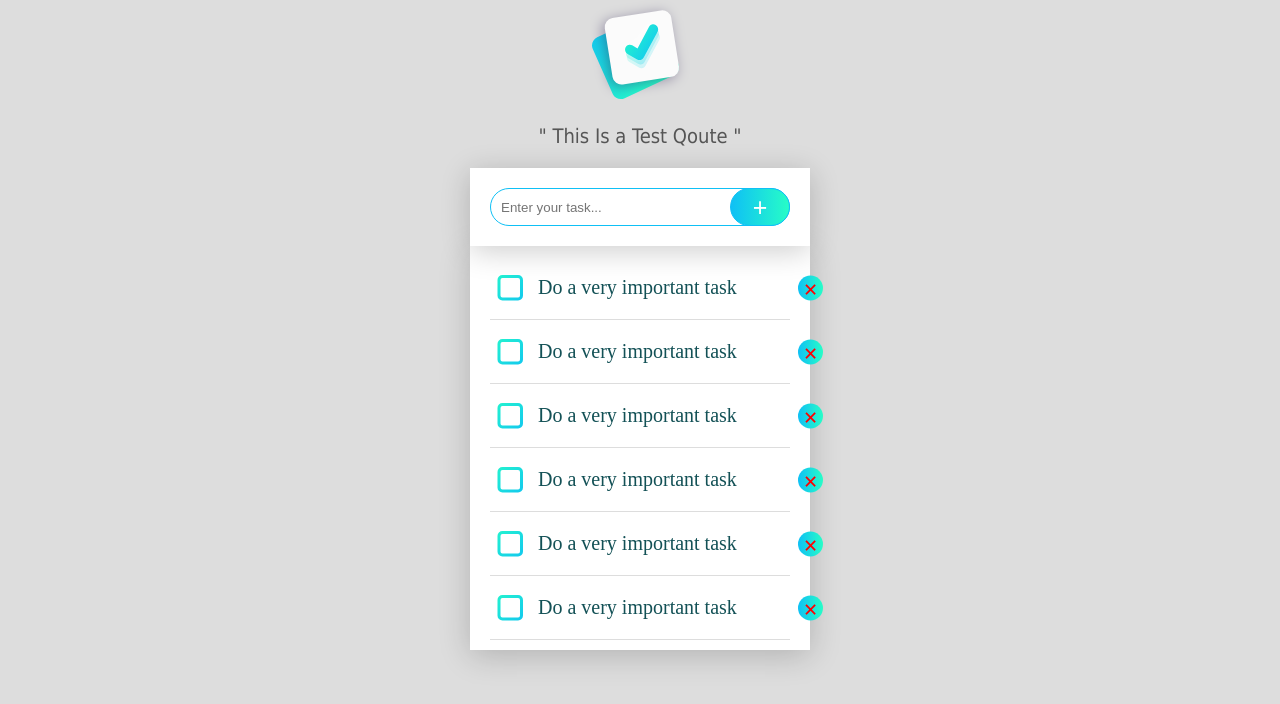
Repository: ahmedhamed15/React-Todo
Page: /
These files come from the project's save history. The page is drawn as it stood at one moment and after the next save; the edit follows.
The browser window is 1280 px wide. The pictures show the whole page.
The project was rebuilt for these pictures with package versions that can differ from the ones it lists, and the page was loaded fresh each time.

Above is the page before, as saved 2021-07-26 23:49:17.

### src/index.js
import React from 'react';
import ReactDOM from 'react-dom';
import './index.scss';
import App from './App';

ReactDOM.render(<App />,document.getElementById('root'));

### src/index.scss
html {
  background: #ddd;
  height: 100%;
  display: flex;
}
body {
  width: 100%;
  margin: auto;
  margin: 0;
  padding: 0;
}

### src/App.js
import MainLogo from "./components/MainLogo";
import Qoute from "./components/Qoute";
import TodoList from "./components/Todos/TodoList";

function App() {
  return (
    <section className="App">
      <MainLogo />
      <Qoute />
      <TodoList />
    </section>
  );
}

export default App;

### src/components/MainLogo/index.js
import "./style.scss"

const index = () => {
    return (
        <section className="main-logo">
            <svg width="100px" height="100px" viewBox="0 0 100 100" version="1.1" xmlns="http://www.w3.org/2000/svg" xmlnsXlink="http://www.w3.org/1999/xlink">
                <desc>Created with Sketch.</desc>
                <defs>
                <linearGradient x1="34.9523037%" y1="0%" x2="116.039609%" y2="115.484477%" id="linearGradient-1">
                    <stop stopColor="#27FDC7" offset="0%"></stop>
                    <stop stopColor="#0FC0F5" offset="100%"></stop>
                </linearGradient>
                <rect id="path-2" x="19.8783454" y="5.46149939" width="67.2578578" height="67.2008596" rx="8.99999976"></rect>
                <filter x="-35.7%" y="-28.3%" width="162.4%" height="162.5%" filterUnits="objectBoundingBox" id="filter-3">
                    <feOffset dx="-3" dy="2" in="SourceAlpha" result="shadowOffsetOuter1"></feOffset>
                    <feGaussianBlur stdDeviation="6.5" in="shadowOffsetOuter1" result="shadowBlurOuter1"></feGaussianBlur>
                    <feColorMatrix values="0 0 0 0 0.0296505968   0 0 0 0 0.0172602666   0 0 0 0 0.100446429  0 0 0 0.423177083 0" type="matrix" in="shadowBlurOuter1"></feColorMatrix>
                </filter>
                <linearGradient x1="0%" y1="0%" x2="115.291753%" y2="112.548614%" id="linearGradient-4">
                    <stop stopColor="#27FDC7" offset="0%"></stop>
                    <stop stopColor="#0FC0F5" offset="83.2001616%"></stop>
                    <stop stopColor="#27FDC7" offset="100%"></stop>
                </linearGradient>
                <path d="M40.2086259,6.21042694 C39.2480415,5.24152695 38.1027468,4.75708888 36.7727039,4.75708888 C35.4426658,4.75708888 34.3096854,5.24152695 33.3737297,6.21042694 L16.3049725,23.7622477 L12.0193093,19.3649757 C11.0833536,18.3960804 9.9503732,17.9116376 8.62033507,17.9116376 C7.29029269,17.9116376 6.14499751,18.3960804 5.1844131,19.3649757 C4.24845898,20.3338709 3.78048896,21.5077058 3.78048896,22.8865186 C3.78048896,24.2653314 4.24845898,25.4391663 5.1844131,26.4080615 L12.8690505,34.3082476 C13.8296349,35.2771428 14.9749296,35.7615833 16.3049725,35.7615833 C17.6350106,35.7615833 18.767991,35.2771428 19.7039467,34.3082476 L40.2086259,13.2535128 C41.1445816,12.2597758 41.61255,11.0797257 41.61255,9.71333379 C41.61255,8.34694665 41.1445816,7.17932216 40.2086259,6.21042694 Z" id="path-5"></path>
                <filter x="-51.5%" y="-62.9%" width="203.1%" height="225.8%" filterUnits="objectBoundingBox" id="filter-6">
                    <feOffset dx="0" dy="0" in="SourceAlpha" result="shadowOffsetOuter1"></feOffset>
                    <feGaussianBlur stdDeviation="6.5" in="shadowOffsetOuter1" result="shadowBlurOuter1"></feGaussianBlur>
                    <feColorMatrix values="0 0 0 0 1   0 0 0 0 1   0 0 0 0 1  0 0 0 0.588937953 0" type="matrix" in="shadowBlurOuter1"></feColorMatrix>
                </filter>
                </defs>
                <g id="Page-1" stroke="none" strokeWidth="1" fill="none" fillRule="evenodd">
                <g id="Artboard-2" transform="translate(-214.000000, -272.000000)">
                    <g id="Group-4" transform="translate(201.000000, 269.000000)">
                        <g id="Group-3" transform="translate(58.787474, 58.534712) rotate(-6.000000) translate(-58.787474, -58.534712) translate(5.642436, 5.434712)">
                            <g id="Group-2" transform="translate(52.899385, 53.035097) rotate(7.000000) translate(-52.899385, -53.035097) translate(5.609309, 5.785097)">
                            <path d="M20.0219734,15.1240886 L74.1829282,14.1930575 C79.1527566,14.1076258 83.2508546,18.0672116 83.3362864,23.03704 C83.3371726,23.0885978 83.3376158,23.1401624 83.3376158,23.1917278 L83.3376158,72.0429044 C83.3376158,76.9531616 79.4018358,80.9571794 74.4923039,81.0415747 L20.3313491,81.9726057 C15.3615207,82.0580374 11.2634227,78.0984516 11.1779909,73.1286232 C11.1771047,73.0770654 11.1766615,73.0255009 11.1766615,72.9739354 L11.1766615,24.1227589 C11.1766615,19.2125016 15.1124415,15.2084838 20.0219734,15.1240886 Z" id="Rectangle" fill="url(#linearGradient-1)" transform="translate(47.257139, 48.082832) scale(-1, -1) rotate(-25.000000) translate(-47.257139, -48.082832) "></path>
                            <g id="Rectangle" transform="translate(53.507274, 39.061929) rotate(-10.000000) translate(-53.507274, -39.061929) ">
                                <use fill="black" fillOpacity="1" filter="url(#filter-3)" xlinkHref="#path-2"></use>
                                <use fill="#FBFBFB" fillRule="evenodd" xlinkHref="#path-2"></use>
                            </g>
                            </g>
                        </g>
                        <g id="Group-5" transform="translate(43.000000, 26.000000)">
                            <path d="M41.1093892,10.5623533 C40.1488048,9.59345333 39.0035101,9.10901526 37.6734673,9.10901526 C36.3434291,9.10901526 35.2104488,9.59345333 34.274493,10.5623533 L17.2057358,28.1141741 L12.9200727,23.716902 C11.9841169,22.7480068 10.8511366,22.263564 9.52109843,22.263564 C8.19105605,22.263564 7.04576086,22.7480068 6.08517646,23.716902 C5.14922234,24.6857973 4.68125232,25.8596322 4.68125232,27.238445 C4.68125232,28.6172578 5.14922234,29.7910927 6.08517646,30.7599879 L13.7698139,38.660174 C14.7303983,39.6290692 15.875693,40.1135096 17.2057358,40.1135096 C18.535774,40.1135096 19.6687543,39.6290692 20.6047101,38.660174 L41.1093892,17.6054392 C42.045345,16.6117022 42.5133134,15.4316521 42.5133134,14.0652602 C42.5133134,12.698873 42.045345,11.5312485 41.1093892,10.5623533 Z" id="Page-1" fill="url(#linearGradient-4)" opacity="0.3" transform="translate(23.597283, 24.611262) rotate(-16.000000) translate(-23.597283, -24.611262) "></path>
                            <path d="M42.0101526,14.2623533 C41.0495682,13.2934533 39.9042735,12.8090153 38.5742306,12.8090153 C37.2441925,12.8090153 36.1112121,13.2934533 35.1752564,14.2623533 L18.1064992,31.8141741 L13.820836,27.416902 C12.8848803,26.4480068 11.7518999,25.963564 10.4218618,25.963564 C9.09181941,25.963564 7.94652422,26.4480068 6.98593982,27.416902 C6.78271177,27.6272827 6.60154798,27.8473258 6.4424483,28.0770317 C5.8688243,28.9052219 5.58201568,29.8590202 5.58201568,30.938445 C5.58201568,32.3172578 6.04998569,33.4910927 6.98593982,34.4599879 L14.6705772,42.360174 C15.6311616,43.3290692 16.7764563,43.8135096 18.1064992,43.8135096 C19.4365373,43.8135096 20.5695177,43.3290692 21.5054734,42.360174 L42.0101526,21.3054392 C42.9461083,20.3117022 43.4140767,19.1316521 43.4140767,17.7652602 C43.4140767,16.398873 42.9461083,15.2312485 42.0101526,14.2623533 Z" id="Page-1" fill="url(#linearGradient-4)" opacity="0.2" transform="translate(24.498046, 28.311262) rotate(-16.000000) translate(-24.498046, -28.311262) "></path>
                            <g id="Page-1" transform="translate(22.696519, 20.259336) rotate(-16.000000) translate(-22.696519, -20.259336) ">
                            <use fill="black" fillOpacity="1" filter="url(#filter-6)" xlinkHref="#path-5"></use>
                            <use fill="url(#linearGradient-4)" fillRule="evenodd" xlinkHref="#path-5"></use>
                            </g>
                        </g>
                    </g>
                </g>
                </g>
            </svg>
        </section>
    )
}

export default index

### src/components/Qoute/index.js
import "./style.scss"

const index = () => {
    return (
        <section className="qoute">
            <blockquote> This Is a Test Qoute </blockquote>
        </section>
    )
}

export default index

### src/components/Todos/TodoList/index.js
import TodoItem from "../TodoItem";
import TodoFrom from "../TodoForm";
import "./style.scss"

const index = () => {
    return (
        <section className="todos-list">

            {/* General SVG code for checkbox */}
            <svg viewBox="0 0 0 0" style={ {position: 'absolute', zIndex: '-1', opacity: '0'} }>
                <defs>
                <linearGradient id="boxGradient" gradientUnits="userSpaceOnUse" x1="0" y1="0" x2="25" y2="25">
                    <stop offset="0%"   stopColor="#27FDC7"/>
                    <stop offset="100%" stopColor="#0FC0F5"/>
                </linearGradient>

                <linearGradient id="lineGradient">
                    <stop offset="0%"    stopColor="#0FC0F5"/>
                    <stop offset="100%"  stopColor="#27FDC7"/>
                </linearGradient>

                <path id="todo__line" stroke="url(#lineGradient)" d="M21 12.3h168v0.1z"></path>
                <path id="todo__box" stroke="url(#boxGradient)" d="M21 12.7v5c0 1.3-1 2.3-2.3 2.3H8.3C7 20 6 19 6 17.7V7.3C6 6 7 5 8.3 5h10.4C20 5 21 6 21 7.3v5.4"></path>
                <path id="todo__check" stroke="url(#boxGradient)" d="M10 13l2 2 5-5"></path>
                <circle id="todo__circle" cx="13.5" cy="12.5" r="10"></circle>
                </defs>
            </svg>


            {/* Todo From */}
            <TodoFrom />

            {/* Todos List */}
            <div className="todo-list">
                <TodoItem />
                <TodoItem />
                <TodoItem />
                <TodoItem />
                <TodoItem />
                <TodoItem />
            </div>

        </section>
    )
}

export default index

### src/components/MainLogo/style.scss
.main-logo {
    text-align: center;
}

### src/components/Qoute/style.scss
.qoute {
    text-align: center;
    blockquote {
        font: {
            size: 20px;
            family: 'tahoma', arial;
            weight: 500;
        }
        color: #555;
        &::after,
        &::before {
            content: ' " ';
        }
    }
}

### src/components/Todos/TodoItem/index.js
import "./style.scss"

const index = () => {
    return (
        <section className="todo-item">
            <label className="todo">
                <input className="todo__state" type="checkbox" />

                <svg xmlns="http://www.w3.org/2000/svg" xmlnsXlink="http://www.w3.org/1999/xlink" viewBox="0 0 200 25" className="todo__icon">
                    <use xlinkHref="#todo__line" className="todo__line"></use>
                    <use xlinkHref="#todo__box" className="todo__box"></use>
                    <use xlinkHref="#todo__check" className="todo__check"></use>
                    <use xlinkHref="#todo__circle" className="todo__circle"></use>
                </svg>

                <div className="todo__text">Do a very important task</div>


            </label>
            <span className="todo__delete-btn"> &times; </span>
        </section>
    )
}

export default index

### src/components/Todos/TodoForm/index.js
import "./style.scss";

const index = () => {
    return (
        <form className="todo-form">
            <input type="text" className="todo-form__input-type" placeholder="Enter your task..." />
            <button type="submit" className="todo-form__button-type"> + </button>
        </form>
    )
}

export default index

### src/components/Todos/TodoList/style.scss
.todo-list {
    background: #FFF;
    font-size: 20px;
    max-width: 15em;
    margin: auto;
    padding: 0.5em 1em;
    box-shadow: 0 5px 30px rgba(0, 0, 0, 0.2);
}

### src/components/Todos/TodoItem/style.scss
  .todo {
    display: block;
    position: relative;
    padding: 1em 1em 1em 16%;
    margin: 0 auto;
    cursor: pointer;
    &:not(:last-child) {
      border-bottom: solid 1px #ddd;
    }
  }
  .todo:last-child {
    border-bottom: none;
  }
  .todo__state {
    position: absolute;
    top: 0;
    left: 0;
    opacity: 0;
  }
  .todo__text {
    color: #135156;
    transition: all 0.4s linear 0.4s;
    padding-right: 20px;
  }
  .todo__icon {
    position: absolute;
    top: 0;
    bottom: 0;
    left: 0;
    width: 100%;
    height: auto;
    margin: auto;
    fill: none;
    stroke: #27FDC7;
    stroke-width: 2;
    stroke-linejoin: round;
    stroke-linecap: round;
  }
  .todo__line,
  .todo__box,
  .todo__check {
    transition: stroke-dashoffset 0.8s cubic-bezier(0.9, 0, 0.5, 1);
  }
  .todo__circle {
    stroke: #27FDC7;
    stroke-dasharray: 1 6;
    stroke-width: 0;
    transform-origin: 13.5px 12.5px;
    transform: scale(0.4) rotate(0deg);
    -webkit-animation: none 0.8s linear;
            animation: none 0.8s linear;
  }
  @-webkit-keyframes explode {
    30% {
      stroke-width: 3;
      stroke-opacity: 1;
      transform: scale(0.8) rotate(40deg);
    }
    100% {
      stroke-width: 0;
      stroke-opacity: 0;
      transform: scale(1.1) rotate(60deg);
    }
  }
  @keyframes explode {
    30% {
      stroke-width: 3;
      stroke-opacity: 1;
      transform: scale(0.8) rotate(40deg);
    }
    100% {
      stroke-width: 0;
      stroke-opacity: 0;
      transform: scale(1.1) rotate(60deg);
    }
  }
  .todo__box {
    stroke-dasharray: 56.1053, 56.1053;
    stroke-dashoffset: 0;
    transition-delay: 0.16s;
  }
  .todo__check {
    stroke: #27FDC7;
    stroke-dasharray: 9.8995, 9.8995;
    stroke-dashoffset: 9.8995;
    transition-duration: 0.32s;
  }
  .todo__line {
    stroke-dasharray: 168, 1684;
    stroke-dashoffset: 168;
  }
  .todo__circle {
    -webkit-animation-delay: 0.56s;
            animation-delay: 0.56s;
    -webkit-animation-duration: 0.56s;
            animation-duration: 0.56s;
  }
  .todo__state:checked ~ .todo__text {
    transition-delay: 0s;
    color: #5EBEC1;
    opacity: 0.6;
  }
  .todo__state:checked ~ .todo__icon .todo__box {
    stroke-dashoffset: 56.1053;
    transition-delay: 0s;
  }
  .todo__state:checked ~ .todo__icon .todo__line {
    stroke-dashoffset: -8;
  }
  .todo__state:checked ~ .todo__icon .todo__check {
    stroke-dashoffset: 0;
    transition-delay: 0.48s;
  }
  .todo__state:checked ~ .todo__icon .todo__circle {
    -webkit-animation-name: explode;
            animation-name: explode;
  }
  .todo-item {
    position: relative;
  }
  .todo__delete-btn {
    color: red;
    font: {
      size: 25px;
      weight: bold
    };
    position: absolute;
    top: 50%;
    right: -33px;
    transform: translateY(-50%);
    background-image: linear-gradient(to right, #0FC0F5, #27FDC7);
    width: 25px;
    height: 25px;
    text-align: center;
    border-radius: 50%;
    cursor: pointer;
  }

### src/components/Todos/TodoForm/style.scss
.todo-form {
    background: #FFF;
    font-size: 20px;
    max-width: 15em;
    margin: auto;
    padding: 1em;
    box-shadow: 0 5px 30px rgba(0, 0, 0, 0.2);
    display: flex;
    position: relative;
    .todo-form__input-type,
    .todo-form__button-type {
        height: 30px;
        border: 1px solid #0FC0F5;
    }
    .todo-form__input-type {
        width: 100%;
        padding: 3px 10px;
        border-radius: 30px;
        &:focus {
            outline: 0;
        }
    }
    .todo-form__button-type {
        border-radius: 30px;
        width: 60px;
        height: 38px;
        background: none;
        color: #FFF;
        cursor: pointer;
        position: absolute;
        right: 0.8em;
        background-image: linear-gradient(to right, #0FC0F5, #27FDC7);
        border: 1px solid #0FC0F5;
        top: 50%;
        transform: translateY(-50%);
        font: {
            size: 25px;
        }
    }
}

Loaded but not shown: public/index.html (common file)

After the next save:
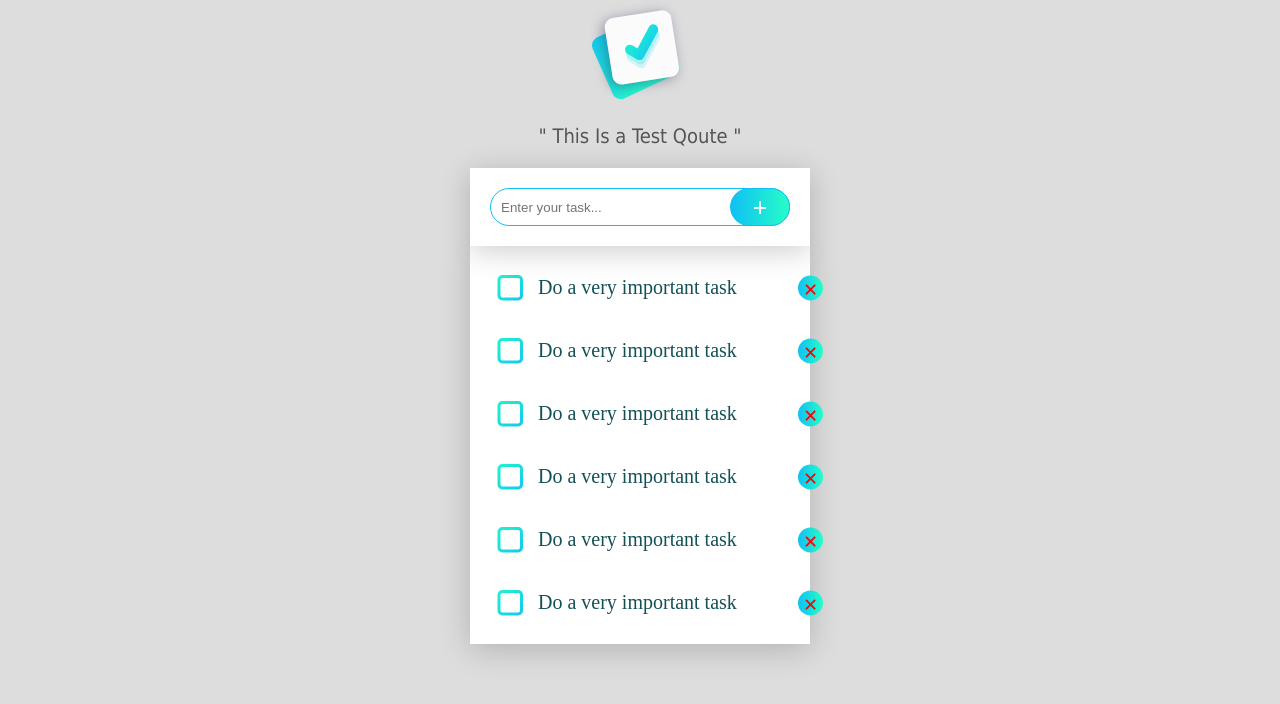
Saved 17 s later.
--- a/src/components/Todos/TodoItem/style.scss
+++ b/src/components/Todos/TodoItem/style.scss
@@ -4,9 +4,6 @@
     padding: 1em 1em 1em 16%;
     margin: 0 auto;
     cursor: pointer;
-    &:not(:last-child) {
-      border-bottom: solid 1px #ddd;
-    }
   }
   .todo:last-child {
     border-bottom: none;

After the save that followed:
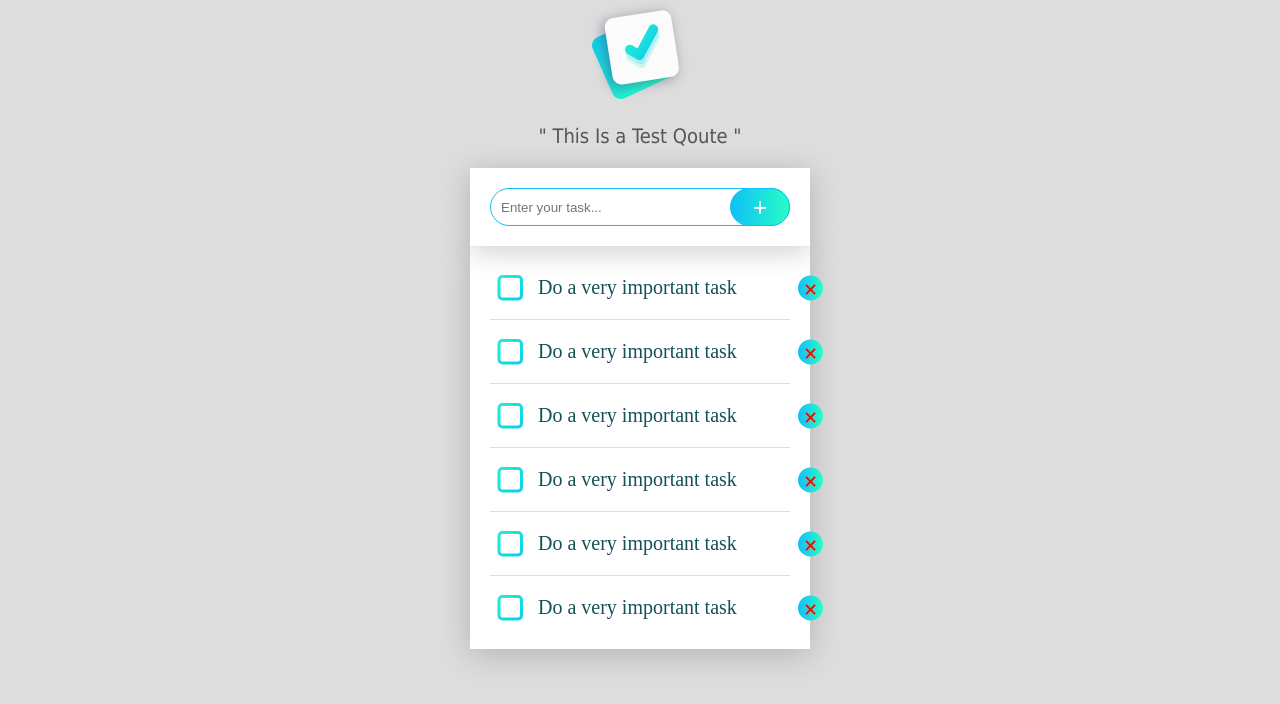
Saved 20 s later.
--- a/src/components/Todos/TodoItem/style.scss
+++ b/src/components/Todos/TodoItem/style.scss
@@ -114,6 +114,11 @@
   }
   .todo-item {
     position: relative;
+    &:not(:last-child) {
+      .todo {
+        border-bottom: solid 1px #ddd;
+      }
+    }
   }
   .todo__delete-btn {
     color: red;
